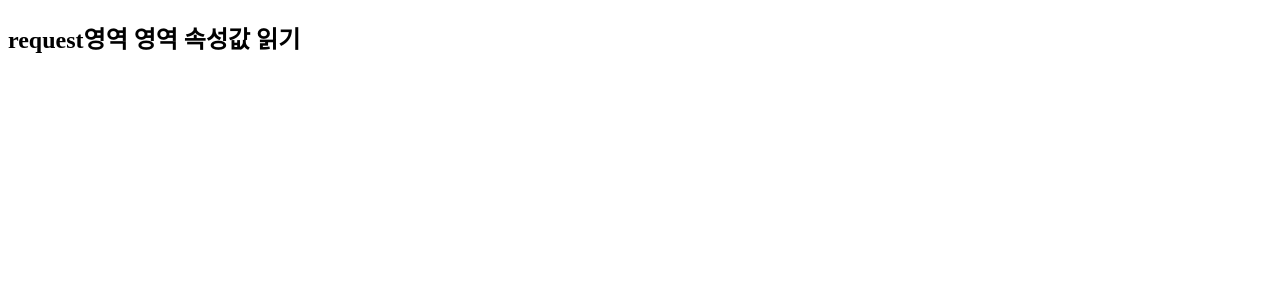
Repository: parkblacksheep/JSP-Servlet
Page: http://localhost/HelloJSP3/scope2/requestScope.jsp
An editor plug-in stored every save of this project. The page is shown before and after the next save, followed by the edit.
The browser window is 1280 px wide. The pictures show the whole page.
The page is served by Tomcat 9.

Above is the page before, as saved 2024-07-26 02:14:51.

After the next save:
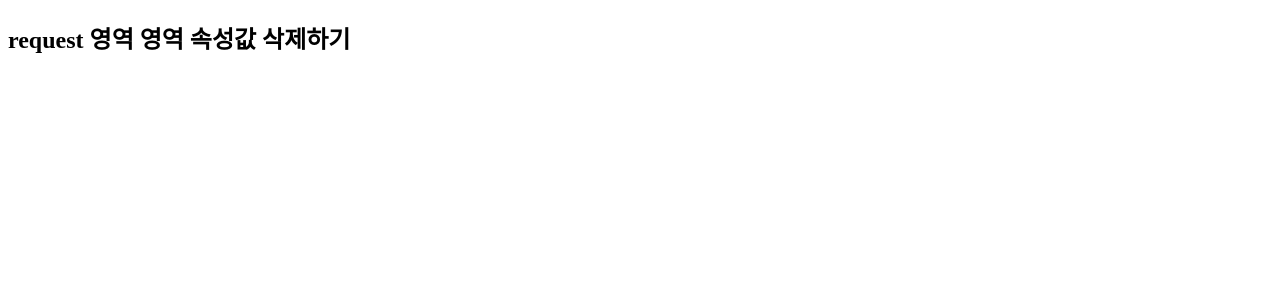
Saved 30 s later.
--- a/HelloJSP3/src/main/webapp/scope2/requestScope.jsp
+++ b/HelloJSP3/src/main/webapp/scope2/requestScope.jsp
@@ -12,7 +12,7 @@
 <title>Insert title here</title>
 </head>
 <body>
-	<h2>request영역  영역 속성값 읽기</h2>
+	<h2>request 영역  영역 속성값 삭제하기</h2>
 	<%
 
 	%>
